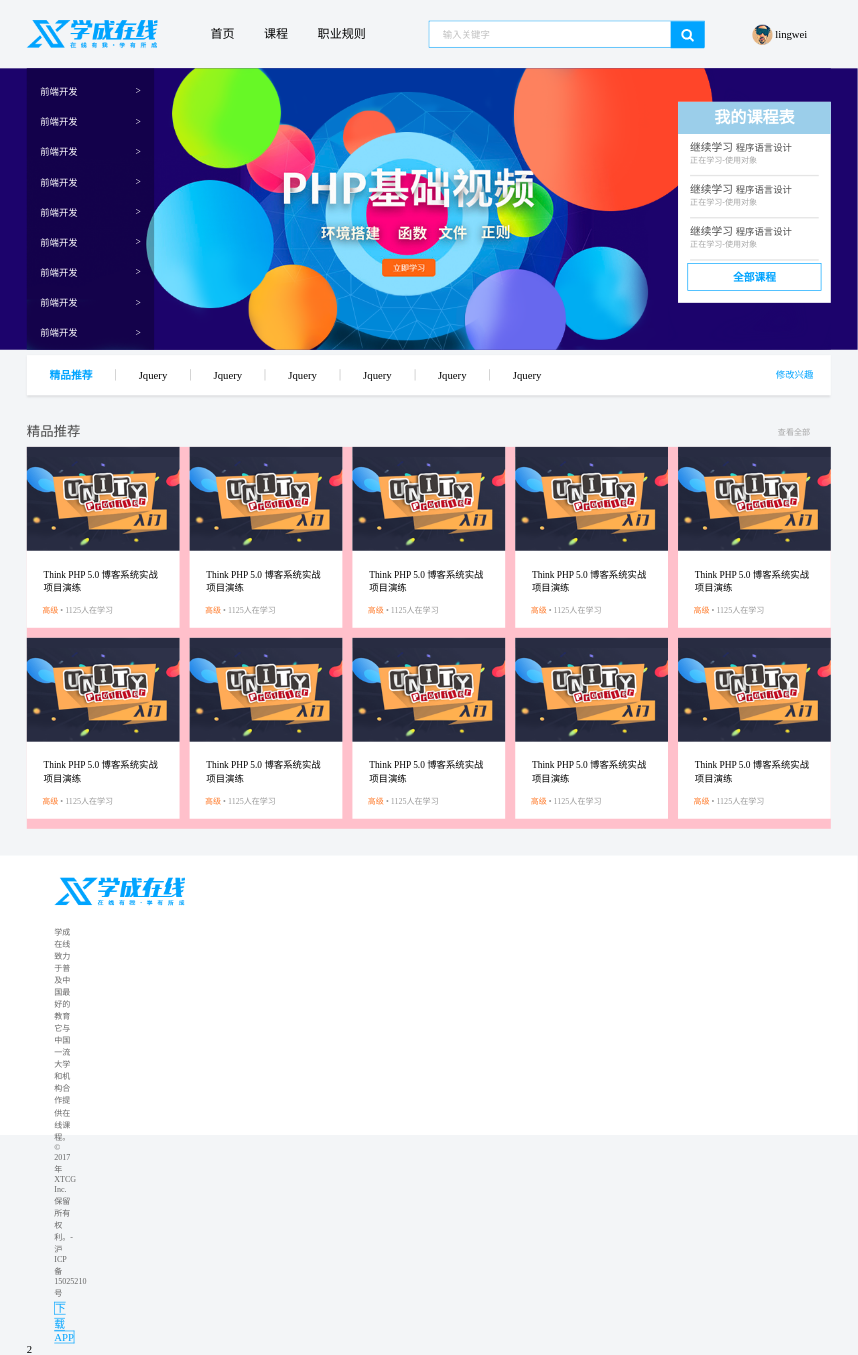
Repository: DengBiHua/xcdx
Page: index.html
These files come from the project's save history. The page is drawn as it stood at one moment and after the next save; the edit follows.
The browser window is 1280 px wide. The pictures show the whole page, at 67% of full size.

Above is the page before, as saved 2022-04-15 10:58:15.

After the next save:
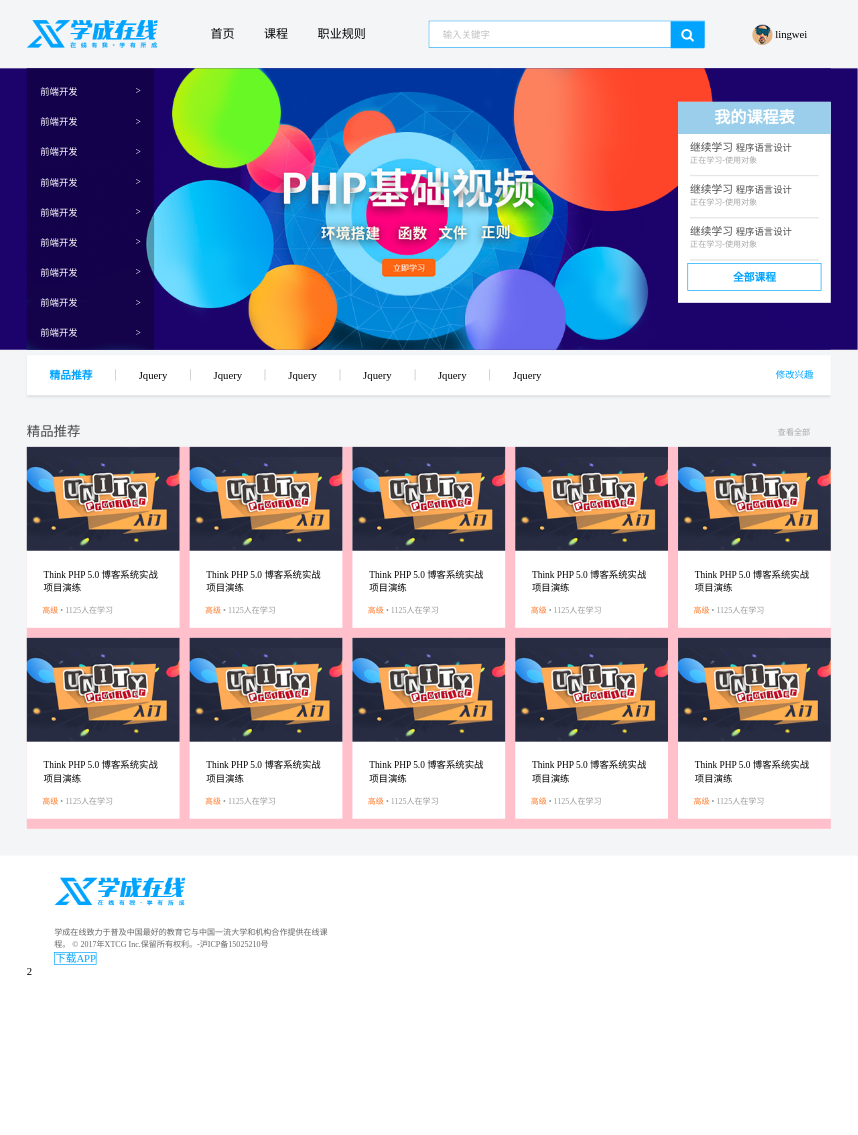
Saved 68 s later.
--- a/css/index.css
+++ b/css/index.css
@@ -321,7 +321,7 @@
 
 .footer .left {
     margin-left: 41px;
-    width: 30px;
+    width: 426px;
 }
 
 .footer .left p {
